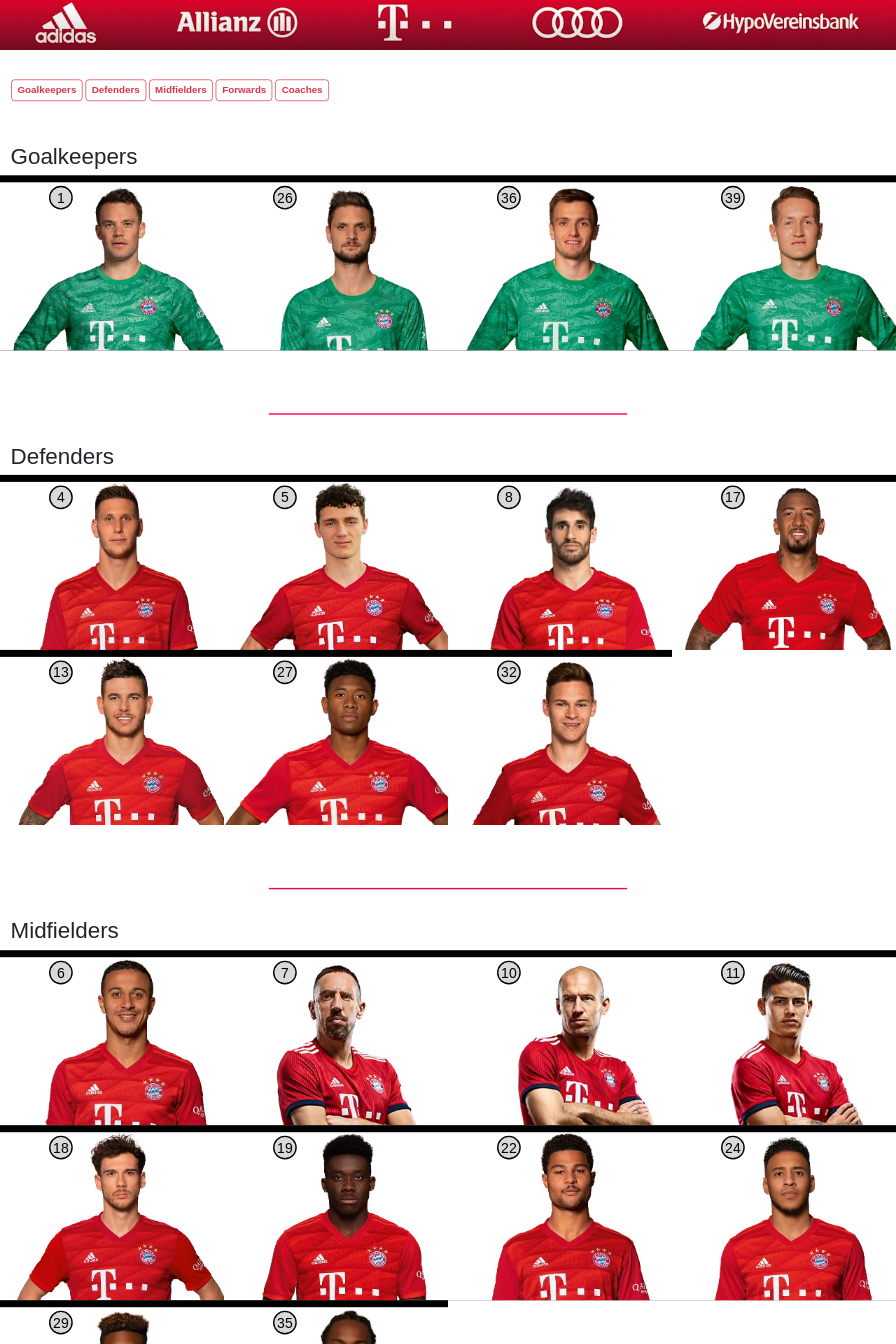
Repository: Code-Institute-Submissions/alnibo-milestone-project-1
Page: team.html
The author's editor kept a record of every edit. The page is drawn from the files as they stood at one moment, then again after the next edit.
The browser window is 1280 px wide. The pictures show the part of the page from y = 699 to 2619 px (the page is 3853 px tall), at 70% of full size.
Some web fonts or font styles are not loaded; a fallback is used.

Above is the page before.

After the next edit:
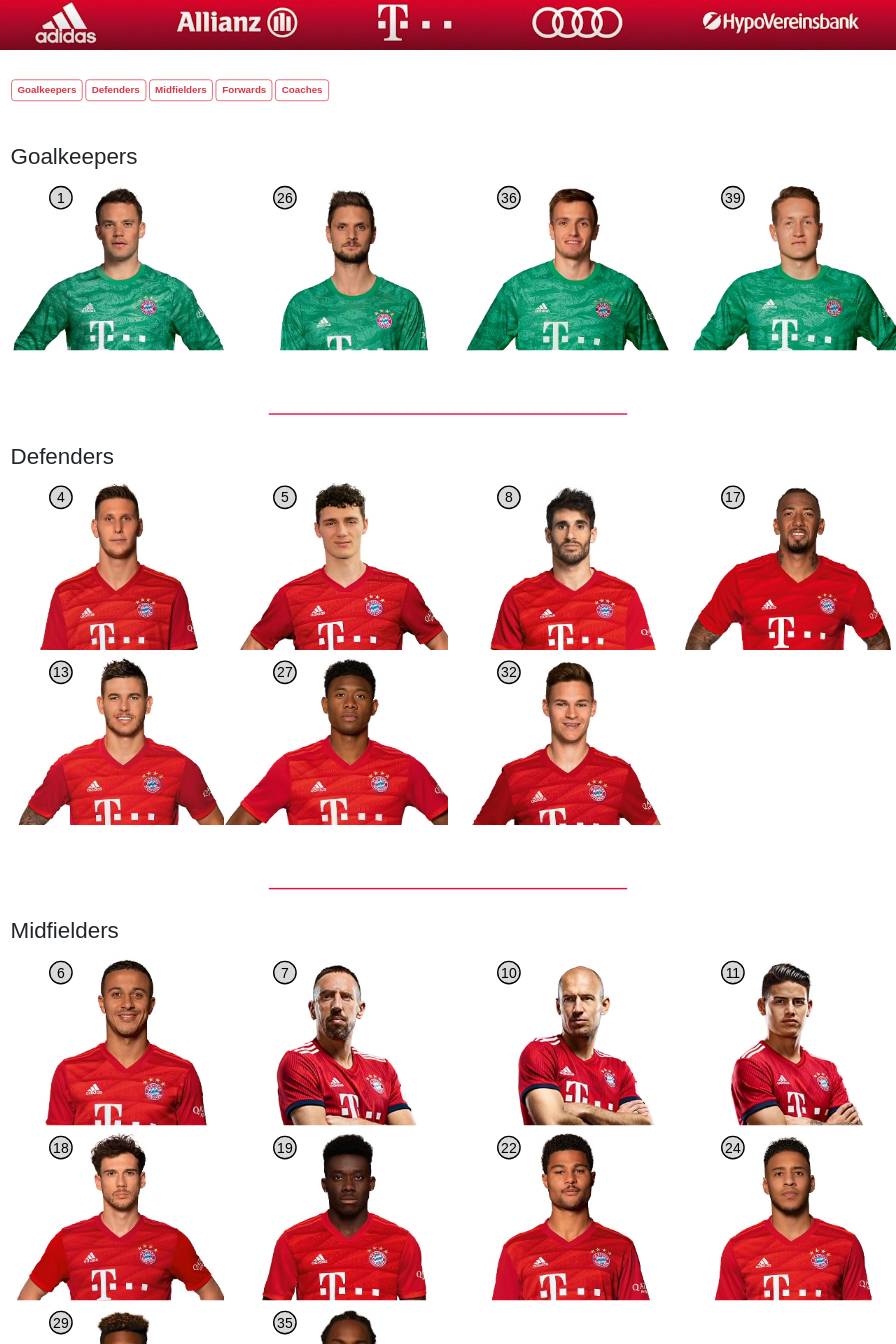
The edit:
--- a/assets/css/style.css
+++ b/assets/css/style.css
@@ -284,7 +284,6 @@
 }
 
 .player-pic {
-    background: black;
     height: 250px;
     overflow: hidden;
     position: relative;
